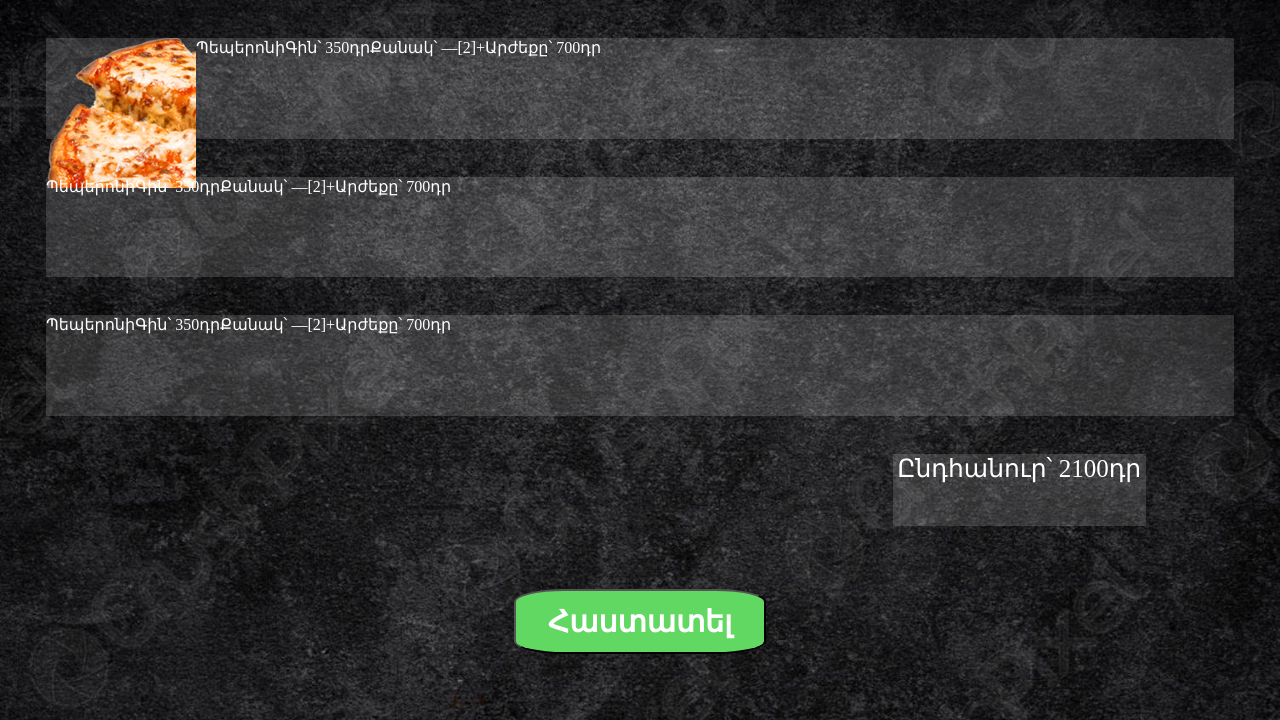
Repository: NarekTovmasyan/PizzaManue
Page: public/basket.html
An editor plug-in stored every save of this project. The page is shown before and after the next save, followed by the edit.
The browser window is 1280 px wide. The pictures show the whole page.

Above is the page before, as saved 2022-01-20 14:30:41.

### public/basket.html
<!DOCTYPE html>
<html lang="en">
<head>
    <meta charset="UTF-8">
    <meta http-equiv="X-UA-Compatible" content="IE=edge">
    <meta name="viewport" content="width=device-width, initial-scale=1.0">
    <link rel="stylesheet" href="basket.css">
    <title>BASKET</title>

</head>
<body>
    <div class= "main">
        <div class ="prop">
            <div class="pizza1Img"></div>
            <div>Պեպերոնի</div>
            <div>Գին՝ 350դր</div>
            <div>Քանակ՝ —[2]+ </div>
            <div>Արժեքը՝ 700դր</div>
            <div></div>
         </div>
        <div class ="prop">
            <div class="pizza2Img"></div>
            <div>Պեպերոնի</div>
            <div>Գին՝ 350դր</div>
            <div>Քանակ՝ —[2]+ </div>
            <div>Արժեքը՝ 700դր</div>
            <div></div>
        </div>
        <div class ="prop">
            <div class="pizza3Img"></div>
            <div>Պեպերոնի</div>
            <div>Գին՝ 350դր</div>
            <div>Քանակ՝ —[2]+ </div>
            <div>Արժեքը՝ 700դր</div>
            <div></div>
        </div>
        <div class ="sum">Ընդհանուր՝ 2100դր</div>
         <button class = "confirm">Հաստատել</button>
    </div>
</body>
</html>

### public/basket.css
body {
    background-image: url(./images/background.jpg);
    background-repeat: no-repeat;
    background-size: cover;
  }
 .main{
      width: 100%;
      height: 80vh;
}
.prop{
  background-color: rgba(255, 255, 255, 0.144) ;
  width: 94%;
  height: 14vh;
  margin-top: 3%;
  margin-left: 3%;
  display: flex;

  color:white ;
}
.sum{
    background-color: rgba(255, 255, 255, 0.144) ;
    width: 20%;
    height: 10vh;
    margin-top: 3%;
    margin-left: 70%;
    font-size: 25px;
    font-weight: 500;
    text-align:center;
    color:white;
}

.confirm{
    background-color:rgb(97, 216, 97);
    height: 9vh;
    width: 20%;
    border-radius:20%;
    text-align:center;
    font-size: 30px;
    font-weight: 700;
    margin-left:40%;
    margin-top: 5%;
    color:white;
    cursor: pointer;
}
.confirm:hover {
    background-color: rgb(216, 250, 216);
    color: black
  }
.pizza1Img{

    background-image: url(./images/pizza1.png);
    height: 150px;
    width: 150px;

}

After the next save:
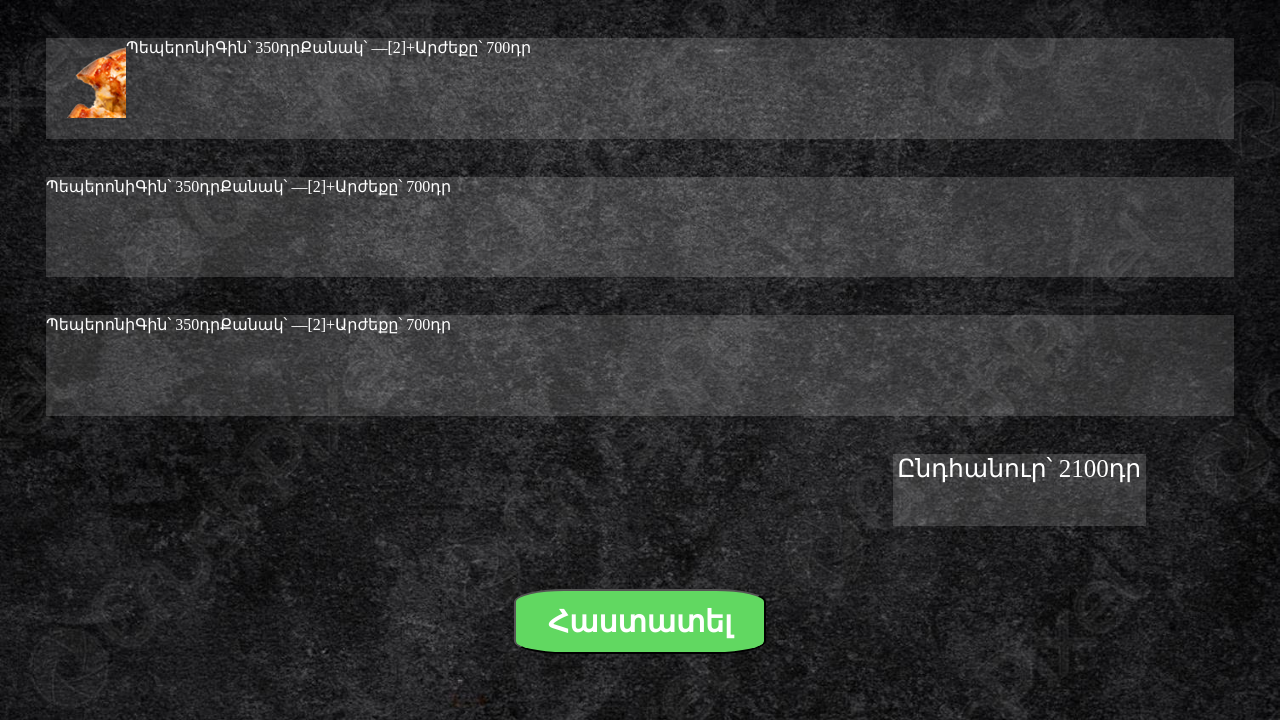
Saved 39 s later.
--- a/public/basket.css
+++ b/public/basket.css
@@ -49,7 +49,7 @@ body {
 .pizza1Img{
 
     background-image: url(./images/pizza1.png);
-    height: 150px;
-    width: 150px;
+    height: 80px;
+    width: 80px;
 
 }
